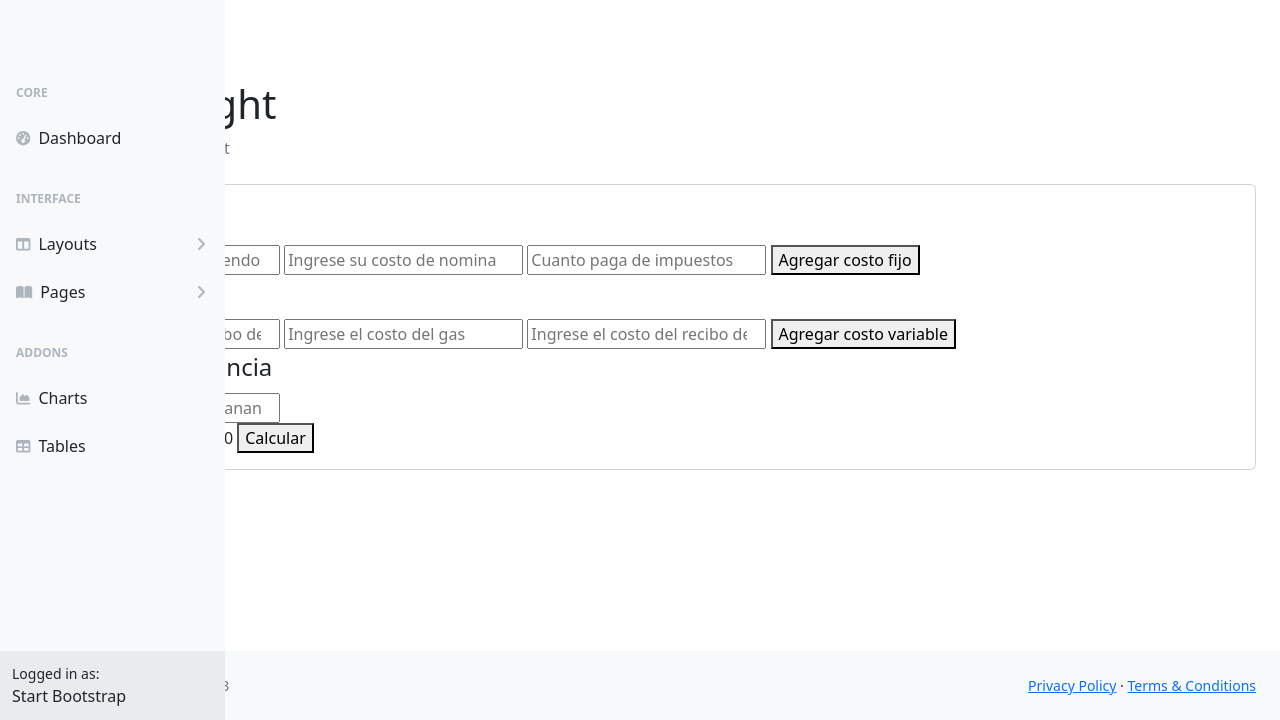
Repository: EstefaMH/Dashboard
Page: costs.html
The author's editor kept a copy of each file at every save. The page is drawn from the files as they stood at one save, then again after a run of saves.
The browser window is 1280 px wide. The pictures show the whole page.
Some web libraries are served in a nearby version.

Above is the page before, as saved 2023-12-25 18:50:24.

### costs.html
<!DOCTYPE html>
<html lang="en">
    <head>
        <meta charset="utf-8" />
        <meta http-equiv="X-UA-Compatible" content="IE=edge" />
        <meta name="viewport" content="width=device-width, initial-scale=1, shrink-to-fit=no" />
        <meta name="description" content="" />
        <meta name="author" content="" />
        <title>Sidenav Light - SB Admin</title>
        <link href="styles/styles.css" rel="stylesheet" />
        <script src="https://use.fontawesome.com/releases/v6.3.0/js/all.js" crossorigin="anonymous"></script>
    </head>
    <body class="sb-nav-fixed">
        <navbar-component></navbar-component>
        <div id="layoutSidenav">
            <div id="layoutSidenav_nav">
                <nav class="sb-sidenav accordion sb-sidenav-light" id="sidenavAccordion">
                    <div class="sb-sidenav-menu">
                        <div class="nav">
                            <div class="sb-sidenav-menu-heading">Core</div>
                            <a class="nav-link" href="index.html">
                                <div class="sb-nav-link-icon"><i class="fas fa-tachometer-alt"></i></div>
                                Dashboard
                            </a>
                            <div class="sb-sidenav-menu-heading">Interface</div>
                            <a class="nav-link collapsed" href="#" data-bs-toggle="collapse" data-bs-target="#collapseLayouts" aria-expanded="false" aria-controls="collapseLayouts">
                                <div class="sb-nav-link-icon"><i class="fas fa-columns"></i></div>
                                Layouts
                                <div class="sb-sidenav-collapse-arrow"><i class="fas fa-angle-down"></i></div>
                            </a>
                            <div class="collapse" id="collapseLayouts" aria-labelledby="headingOne" data-bs-parent="#sidenavAccordion">
                                <nav class="sb-sidenav-menu-nested nav">
                                    <a class="nav-link" href="layout-static.html">Static Navigation</a>
                                    <a class="nav-link" href="layout-sidenav-light.html">Light Sidenav</a>
                                </nav>
                            </div>
                            <a class="nav-link collapsed" href="#" data-bs-toggle="collapse" data-bs-target="#collapsePages" aria-expanded="false" aria-controls="collapsePages">
                                <div class="sb-nav-link-icon"><i class="fas fa-book-open"></i></div>
                                Pages
                                <div class="sb-sidenav-collapse-arrow"><i class="fas fa-angle-down"></i></div>
                            </a>
                            <div class="collapse" id="collapsePages" aria-labelledby="headingTwo" data-bs-parent="#sidenavAccordion">
                                <nav class="sb-sidenav-menu-nested nav accordion" id="sidenavAccordionPages">
                                    <a class="nav-link collapsed" href="#" data-bs-toggle="collapse" data-bs-target="#pagesCollapseAuth" aria-expanded="false" aria-controls="pagesCollapseAuth">
                                        Authentication
                                        <div class="sb-sidenav-collapse-arrow"><i class="fas fa-angle-down"></i></div>
                                    </a>
                                    <div class="collapse" id="pagesCollapseAuth" aria-labelledby="headingOne" data-bs-parent="#sidenavAccordionPages">
                                        <nav class="sb-sidenav-menu-nested nav">
                                            <a class="nav-link" href="login.html">Login</a>
                                            <a class="nav-link" href="register.html">Register</a>
                                            <a class="nav-link" href="password.html">Forgot Password</a>
                                        </nav>
                                    </div>
                                    <a class="nav-link collapsed" href="#" data-bs-toggle="collapse" data-bs-target="#pagesCollapseError" aria-expanded="false" aria-controls="pagesCollapseError">
                                        Error
                                        <div class="sb-sidenav-collapse-arrow"><i class="fas fa-angle-down"></i></div>
                                    </a>
                                    <div class="collapse" id="pagesCollapseError" aria-labelledby="headingOne" data-bs-parent="#sidenavAccordionPages">
                                        <nav class="sb-sidenav-menu-nested nav">
                                            <a class="nav-link" href="401.html">401 Page</a>
                                            <a class="nav-link" href="404.html">404 Page</a>
                                            <a class="nav-link" href="500.html">500 Page</a>
                                        </nav>
                                    </div>
                                </nav>
                            </div>
                            <div class="sb-sidenav-menu-heading">Addons</div>
                            <a class="nav-link" href="charts.html">
                                <div class="sb-nav-link-icon"><i class="fas fa-chart-area"></i></div>
                                Charts
                            </a>
                            <a class="nav-link" href="tables.html">
                                <div class="sb-nav-link-icon"><i class="fas fa-table"></i></div>
                                Tables
                            </a>
                        </div>
                    </div>
                    <div class="sb-sidenav-footer">
                        <div class="small">Logged in as:</div>
                        Start Bootstrap
                    </div>
                </nav>
            </div>
            <div id="layoutSidenav_content">
                <main>
                    <div class="container-fluid px-4">
                        <h1 class="mt-4">Sidenav Light</h1>
                        <ol class="breadcrumb mb-4">
                            <li class="breadcrumb-item"><a href="index.html">Dashboard</a></li>
                            <li class="breadcrumb-item active">Sidenav Light</li>
                        </ol>
                        <div class="card mb-4">
                            <div class="card-body">
                                <form name="form_costs" class="form_costs"  id="form_costs" onsubmit="submitFormCosts()" >
                                    <fieldset id="fixed_costs_container" class="costs_fieldset">
                                        <legend>Costos Fijos</legend>
                                        <input required min="0" name="arriendo" type="number"  placeholder="Ingrese el costo del arriendo" />
                                        <input required min="0" name="nomina" type="number"  placeholder="Ingrese su costo de nomina" />
                                        <input required min="0" name="impuestos" type="number"  placeholder="Cuanto paga de impuestos" />
                                        <button onclick="addCost('fixed_costs_container')" id="add_fixed_cost">Agregar costo fijo</button>
                                    </fieldset>

                                    <fieldset id="variable_costs_container" class="costs_fieldset">
                                        <legend>Costos Variables</legend>
                                        <input required min="0" name="agua" type="number"  placeholder="Ingrese el costo del recibo del agua" />
                                        <input required min="0" name="gas" type="number"  placeholder="Ingrese el costo del gas" />
                                        <input required min="0" name="luz" type="number" placeholder="Ingrese el costo del recibo de la luz" />
                                        <button onclick="addCost('variable_costs_container')" id="add_variable_cost">Agregar costo variable</button>
                                    </fieldset>

                                    <fieldset id="" class="costs_fieldset">
                                        <legend>Margen de ganancia</legend>
                                        <input required min="0" name="agua" type="number"  placeholder="Ingrese su margen de ganancia" />
                                    </fieldset>

                                    <input id="range" type="range" value="0" step="1" min="0" max="10000" onchange="getRange()"/>
                                    <label>Value: <span id="value_range" >0</span></label>



                                    <button type="submit"  class="btn_form_costs">Calcular</button>
                                </form>
                            </div>
                        </div>
                    </div>
                </main>
                <footer class="py-4 bg-light mt-auto">
                    <div class="container-fluid px-4">
                        <div class="d-flex align-items-center justify-content-between small">
                            <div class="text-muted">Copyright &copy; Your Website 2023</div>
                            <div>
                                <a href="#">Privacy Policy</a>
                                &middot;
                                <a href="#">Terms &amp; Conditions</a>
                            </div>
                        </div>
                    </div>
                </footer>
            </div>
        </div>
        <script src="https://cdn.jsdelivr.net/npm/bootstrap@5.2.3/dist/js/bootstrap.bundle.min.js" crossorigin="anonymous"></script>
        <script src="js/scripts.js"></script>
        <script src="" ></script>
    </body>
</html>

### js/scripts.js
/*!
    * Start Bootstrap - SB Admin v7.0.7 (https://startbootstrap.com/template/sb-admin)
    * Copyright 2013-2023 Start Bootstrap
    * Licensed under MIT (https://github.com/StartBootstrap/startbootstrap-sb-admin/blob/master/LICENSE)
    */
    //
// Scripts
//

window.addEventListener('DOMContentLoaded', event => {

    // Toggle the side navigation
    const sidebarToggle = document.body.querySelector('#sidebarToggle');
    if (sidebarToggle) {
        // Uncomment Below to persist sidebar toggle between refreshes
        // if (localStorage.getItem('sb|sidebar-toggle') === 'true') {
        //     document.body.classList.toggle('sb-sidenav-toggled');
        // }
        sidebarToggle.addEventListener('click', event => {
            event.preventDefault();
            document.body.classList.toggle('sb-sidenav-toggled');
            localStorage.setItem('sb|sidebar-toggle', document.body.classList.contains('sb-sidenav-toggled'));
        });
    }

});

### components/NavBar.js
class NavBarComponent extends HTMLElement {

    constructor() {
        super();
        this.render();
    }

    render() {
        this.innerHTML =
            `
            <nav class="sb-topnav navbar navbar-expand navbar-dark bg-dark">
            <!-- Navbar Brand-->
            <a class="navbar-brand ps-3" href="index.html">Start Bootstrap</a>
            <!-- Sidebar Toggle-->
            <button class="btn btn-link btn-sm order-1 order-lg-0 me-4 me-lg-0" id="sidebarToggle" href="#!"><i class="fas fa-bars"></i></button>
            <!-- Navbar Search-->
            <form class="d-none d-md-inline-block form-inline ms-auto me-0 me-md-3 my-2 my-md-0">
                <div class="input-group">
                    <input class="form-control" type="text" placeholder="Search for..." aria-label="Search for..." aria-describedby="btnNavbarSearch" />
                    <button class="btn btn-primary" id="btnNavbarSearch" type="button"><i class="fas fa-search"></i></button>
                </div>
            </form>
            <!-- Navbar-->
            <ul class="navbar-nav ms-auto ms-md-0 me-3 me-lg-4">
                <li class="nav-item dropdown">
                    <a class="nav-link dropdown-toggle" id="navbarDropdown" href="#" role="button" data-bs-toggle="dropdown" aria-expanded="false"><i class="fas fa-user fa-fw"></i></a>
                    <ul class="dropdown-menu dropdown-menu-end" aria-labelledby="navbarDropdown">
                        <li><a class="dropdown-item" href="#!">Settings</a></li>
                        <li><a class="dropdown-item" href="#!">Activity Log</a></li>
                        <li><hr class="dropdown-divider" /></li>
                        <li><button class="dropdown-item" id="btn-logout">Cerrar Sesión</button></li>
                    </ul>
                </li>
            </ul>
        </nav>


        `
    }
}

customElements.define("navbar-component", NavBarComponent);

Loaded but not shown: styles/styles.css (library)

After the next 2 saves:
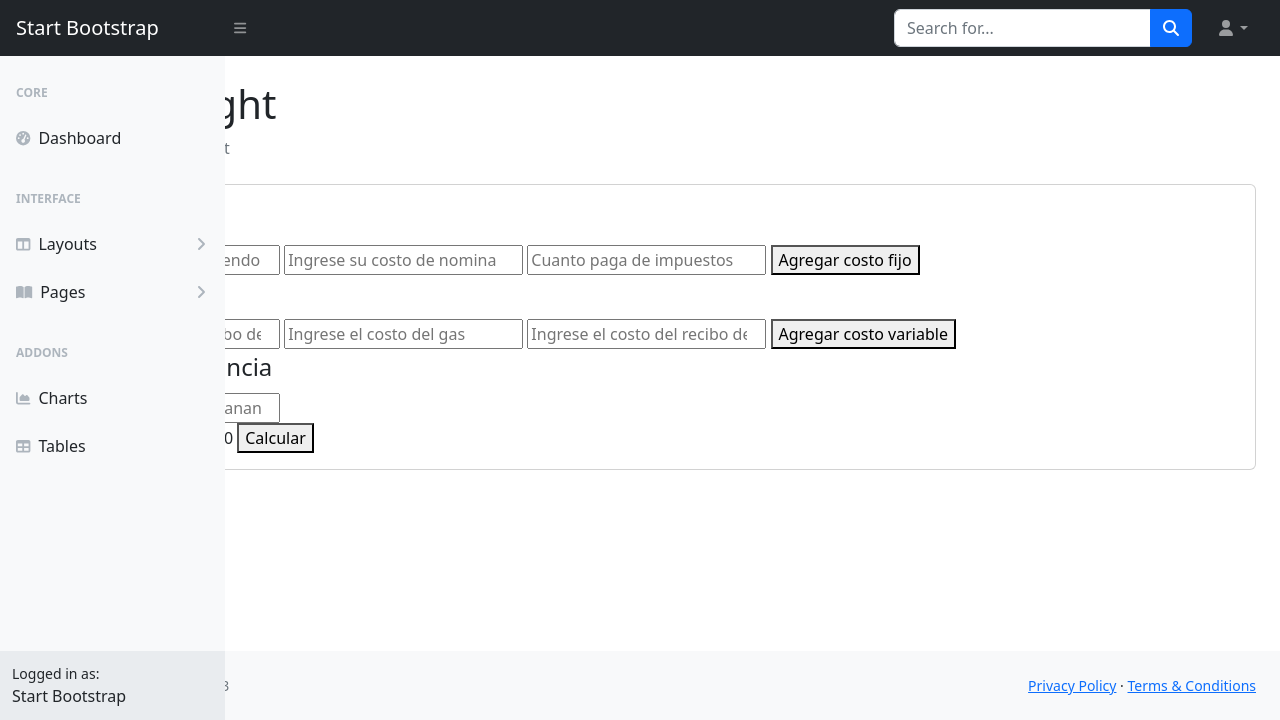
The 2 saves are shown as one change because they came seconds apart.
The last was saved 15 s later.
--- a/costs.html
+++ b/costs.html
@@ -141,6 +141,6 @@
         </div>
         <script src="https://cdn.jsdelivr.net/npm/bootstrap@5.2.3/dist/js/bootstrap.bundle.min.js" crossorigin="anonymous"></script>
         <script src="js/scripts.js"></script>
-        <script src="" ></script>
+        <script src="components/NavBar.js" ></script>
     </body>
 </html>
